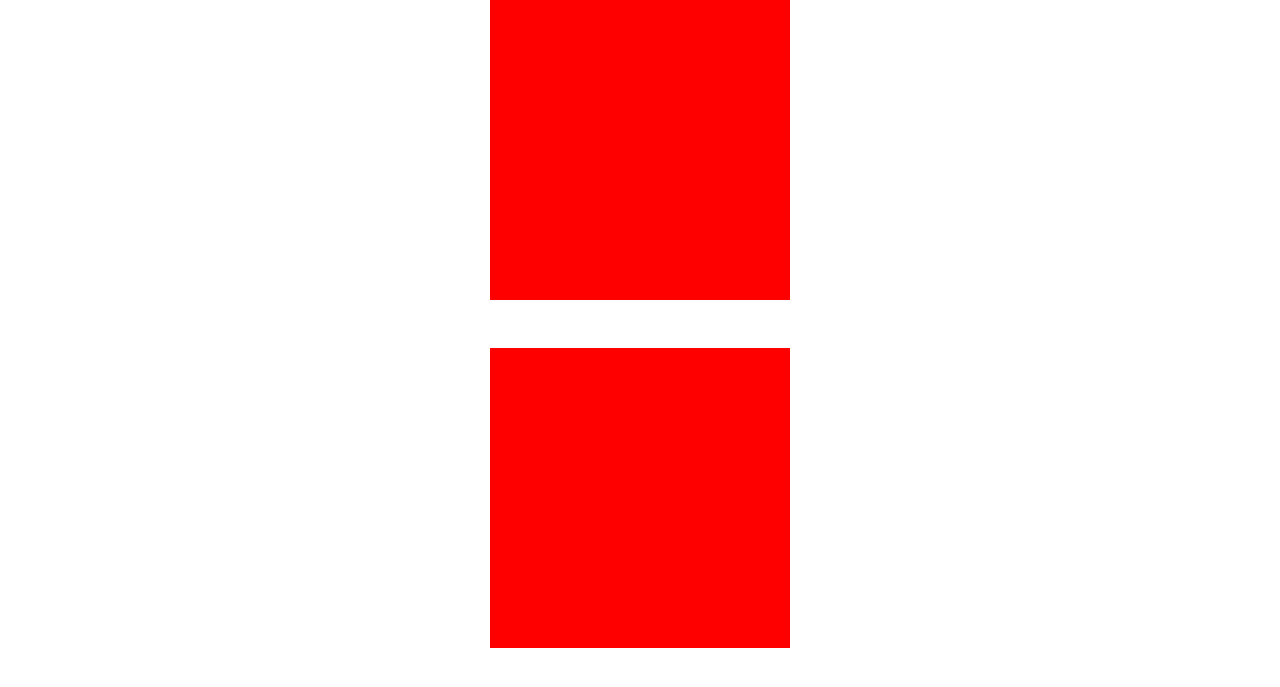
Repository: khainguyen2003/bootstrapmade
Page: header/verticalHeader/index.html
An editor plug-in stored every save of this project. The page is shown before and after the next save, followed by the edit.
The browser window is 1280 px wide. The pictures show the whole page.

Above is the page before, as saved 2023-01-09 23:17:18.

### header/verticalHeader/index.html
<!DOCTYPE html>
<html lang="en">
  <head>
    <meta charset="UTF-8" />
    <meta http-equiv="X-UA-Compatible" content="IE=edge" />
    <meta name="viewport" content="width=device-width, initial-scale=1.0" />
    <title>My Resume Menu</title>
    <meta content="" name="description" />
    <meta content="" name="keywords" />

    <!-- Google Fonts -->
    <link
      href="https://fonts.googleapis.com/css?family=Open+Sans:300,300i,400,400i,600,600i,700,700i|Raleway:300,300i,400,400i,500,500i,600,600i,700,700i|Poppins:300,300i,400,400i,500,500i,600,600i,700,700i"
      rel="stylesheet"
    />

    <!-- Vendor CSS files -->
    <link rel="stylesheet" href="../../assets/vendor/aos/aos.css" />
    <link
      rel="stylesheet"
      href="../../assets/vendor/bootstrap-icons/bootstrap-icons.css"
    />
    <link
      rel="stylesheet"
      href="../../assets/vendor/bootstrap/css/bootstrap.min.css"
    />
    <link
      rel="stylesheet"
      href="../../assets/vendor/boxicons/css/boxicons.min.css"
    />
    <link
      rel="stylesheet"
      href="../../assets/vendor/glightbox/css/glightbox.min.css"
    />
    <link rel="stylesheet" href="../../assets/vendor/remixicon/remixicon.css" />
    <link
      rel="stylesheet"
      href="../../assets/vendor/swiper/swiper-bundle.min.css"
    />

    <!-- Page CSS file -->
    <link rel="stylesheet" href="style.css" />
  </head>
  <body>
    <!-- ====================== Header ===================== -->
    <header
      id="header"
      class="header d-flex flex-column justify-content-center align-items-center"
    >
      <nav style="width: 300px; height: 300px; background: red"></nav>
      <div
        style="width: 300px; height: 300px; background: red"
        class="mt-5"
      ></div>
    </header>

    <script src="../../assets/vendor/aos/aos.js"></script>
    <script src="../../assets/vendor/bootstrap/js/bootstrap.bundle.min.js"></script>
    <script src="../../assets/vendor/glightbox/js/glightbox.min.js"></script>
    <script src="../../assets/vendor/isotope-layout/isotope.pkgd.min.js"></script>
    <script src="../../assets/vendor/php-email-form/validate.js"></script>
    <script src="../../assets/vendor/swiper/swiper-bundle.min.js"></script>
    <script src="../../assets/vendor/waypoints/noframework.waypoints.js"></script>

    <script src="main.js"></script>
  </body>
</html>

### header/verticalHeader/style.css
body {
  font-family: "Open Sans", sans-serif;
}
h1,
h2,
h3,
h4,
h5 {
  font-family: "Poppins", sans-serif;
}

### header/verticalHeader/main.js
(function () {
  "use strict";

  const select = (el, all = false) => {
    el = el.trim();
    if (all) {
      return [...document.querySelectorAll(el)];
    } else {
      return document.querySelector(el);
    }
  };

  const on = (type, el, listener, all = false) => {
    let selectEl = select(el, all);
    if (selectEl) {
      if (all) {
        selectEl.forEach((e) => e.addEventListener(type, listener));
      } else {
        selectEl.addEventListener(type, listener);
      }
    }
  };

  const onsroll = (el, listener) => {
    el.addEventListener("scroll", listener);
  };

  window.addEventListener("load", function () {
    AOS.init({
      duration: 1000,
      easing: "ease-in-out",
      once: true,
      mirror: false,
    });
  });
})();

Loaded but not shown: assets/vendor/aos/aos.css (library); assets/vendor/bootstrap-icons/bootstrap-icons.css (library); assets/vendor/bootstrap/css/bootstrap.min.css (library); assets/vendor/boxicons/css/boxicons.min.css (library); assets/vendor/glightbox/css/glightbox.min.css (library); assets/vendor/remixicon/remixicon.css (library); assets/vendor/swiper/swiper-bundle.min.css (library); assets/vendor/aos/aos.js (library); assets/vendor/bootstrap/js/bootstrap.bundle.min.js (library); assets/vendor/glightbox/js/glightbox.min.js (library); assets/vendor/isotope-layout/isotope.pkgd.min.js (library); assets/vendor/php-email-form/validate.js (common file); assets/vendor/swiper/swiper-bundle.min.js (library); assets/vendor/waypoints/noframework.waypoints.js (library)

After the next save:
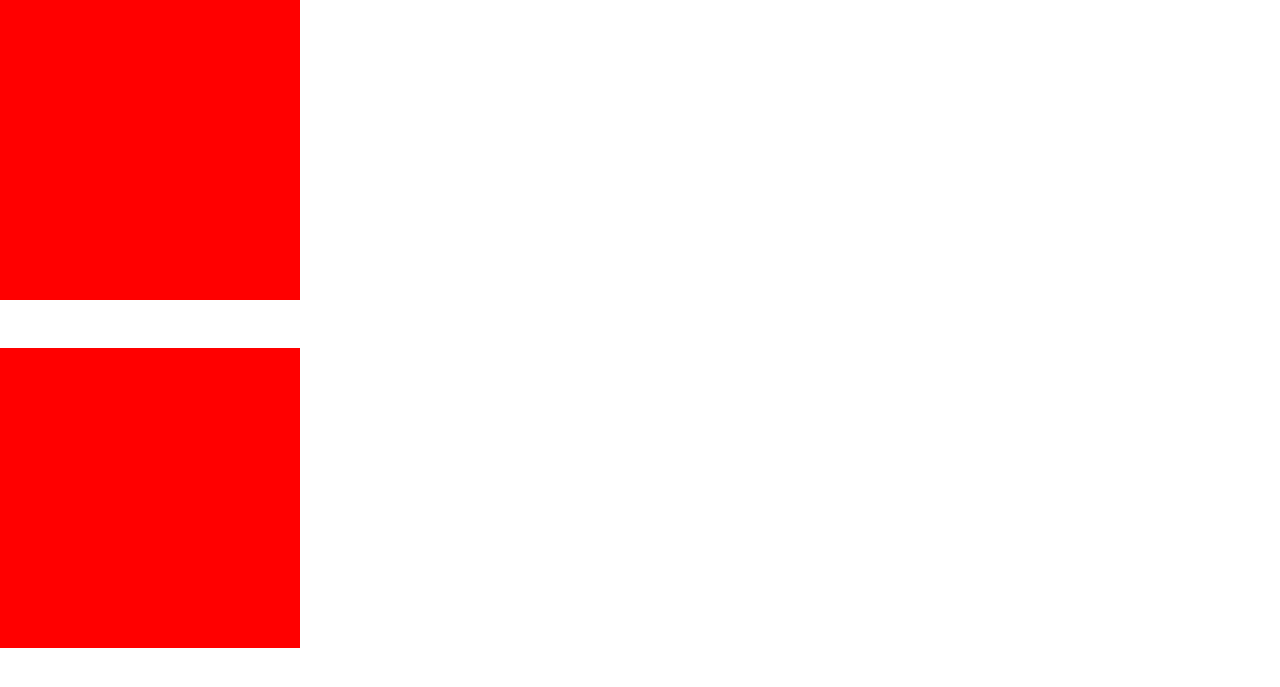
Saved 17 s later.
--- a/header/verticalHeader/index.html
+++ b/header/verticalHeader/index.html
@@ -45,7 +45,7 @@
     <!-- ====================== Header ===================== -->
     <header
       id="header"
-      class="header d-flex flex-column justify-content-center align-items-center"
+      class="header d-flex flex-column justify-content-center"
     >
       <nav style="width: 300px; height: 300px; background: red"></nav>
       <div
